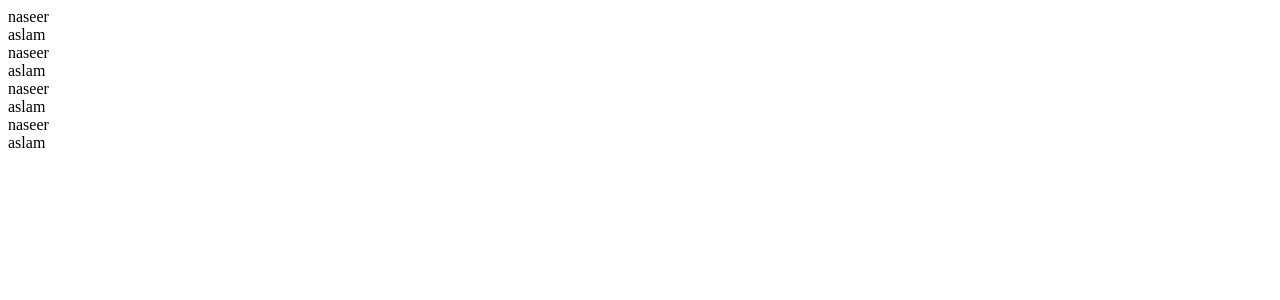
Repository: naseeraslamkhan/TypeScriptPracticeCode
Page: index.html
An editor plug-in stored every save of this project. The page is shown before and after the next save, followed by the edit.
The browser window is 1280 px wide. The pictures show the whole page.

Above is the page before, as saved 2021-07-01 12:48:17.

After the next save:
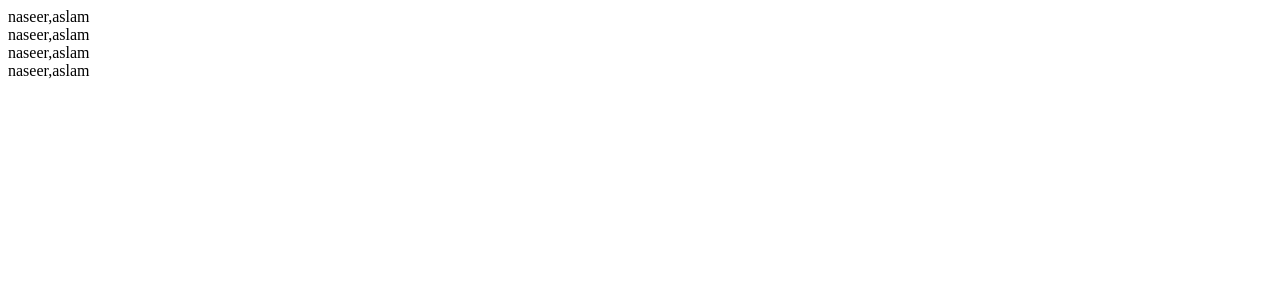
Saved 2 min 31 s later.
--- a/firstProject.js
+++ b/firstProject.js
@@ -24,7 +24,11 @@
 ];
 for (var k = 0; k < 4; k++) {
     for (var m = 0; m < 2; m++) {
+        if (m == 0) {
+            document.write(dan[k][m]);
+        } else
+            document.write("," + dan[k][m]);
 
-        document.write(dan[k][m] + '<br>');
     }
+    document.write('<br>');
 }
